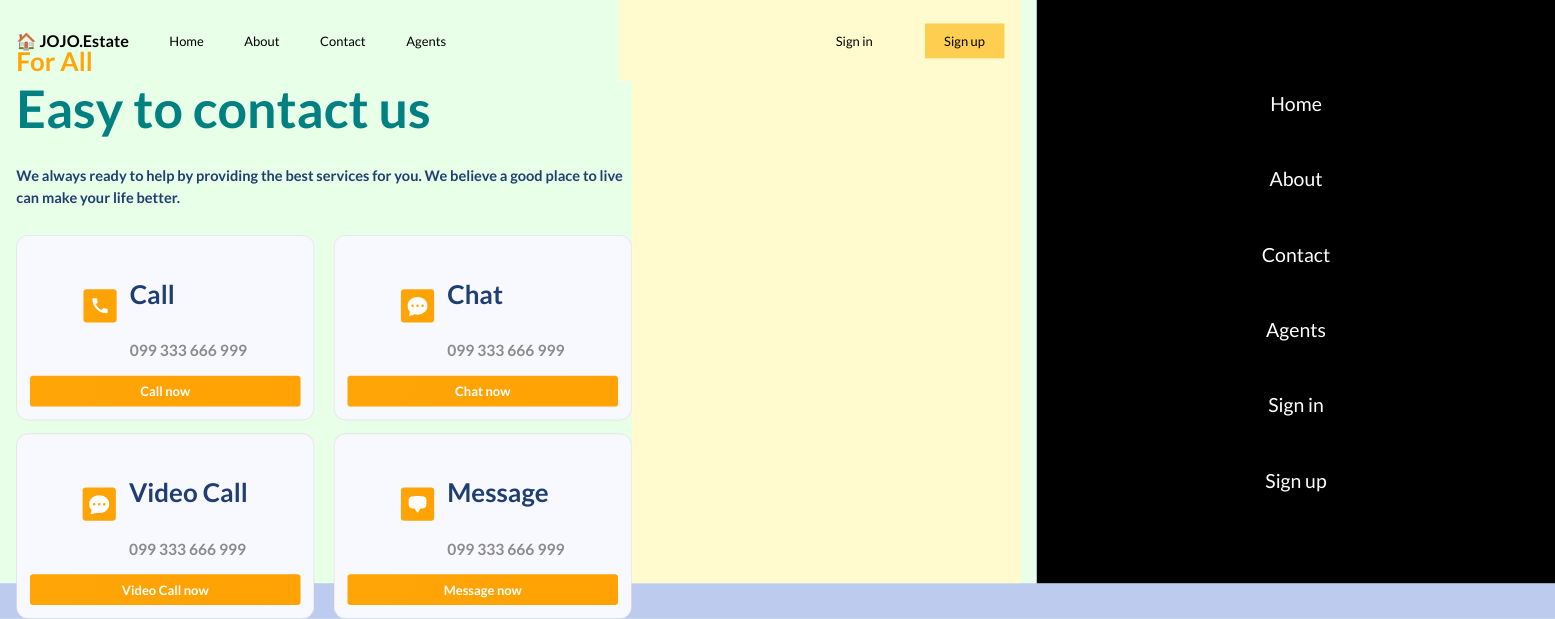
Repository: AiTrinh303/JOJO-estate
Page: /contact (app in client/)
The author's editor kept a copy of each file at every save. The page is drawn from the files as they stood at one save, then again after the next save.
The browser window is 1280 px wide. The page is 1920 px wide, so the pictures cover 1920 px, including what lies to the right of the window. The pictures show the whole page, at 81% of full size.
The page's requests for data from a server got no answer. The project was rebuilt for these pictures with package versions that can differ from the ones it lists, and the page was loaded fresh each time. No one was signed in, and anything a server would have sent is missing. Also part of the build but not shown: client/vite.config.js, client/src/components/searchBar/searchBar.scss, client/src/components/searchBar/SearchBar.jsx, client/src/routes/homePage/homePage.scss, client/src/routes/homePage/homePage.jsx, client/src/routes/listPage/listPage.scss, client/src/components/filter/filter.scss, client/src/components/filter/Filter.jsx and 30 more. Imported but missing from the stored project, and not drawn on this page: client/src/components/uploadWidget/UploadWidget.

Above is the page before, as saved 2024-10-15 15:08:37.

After the next save:
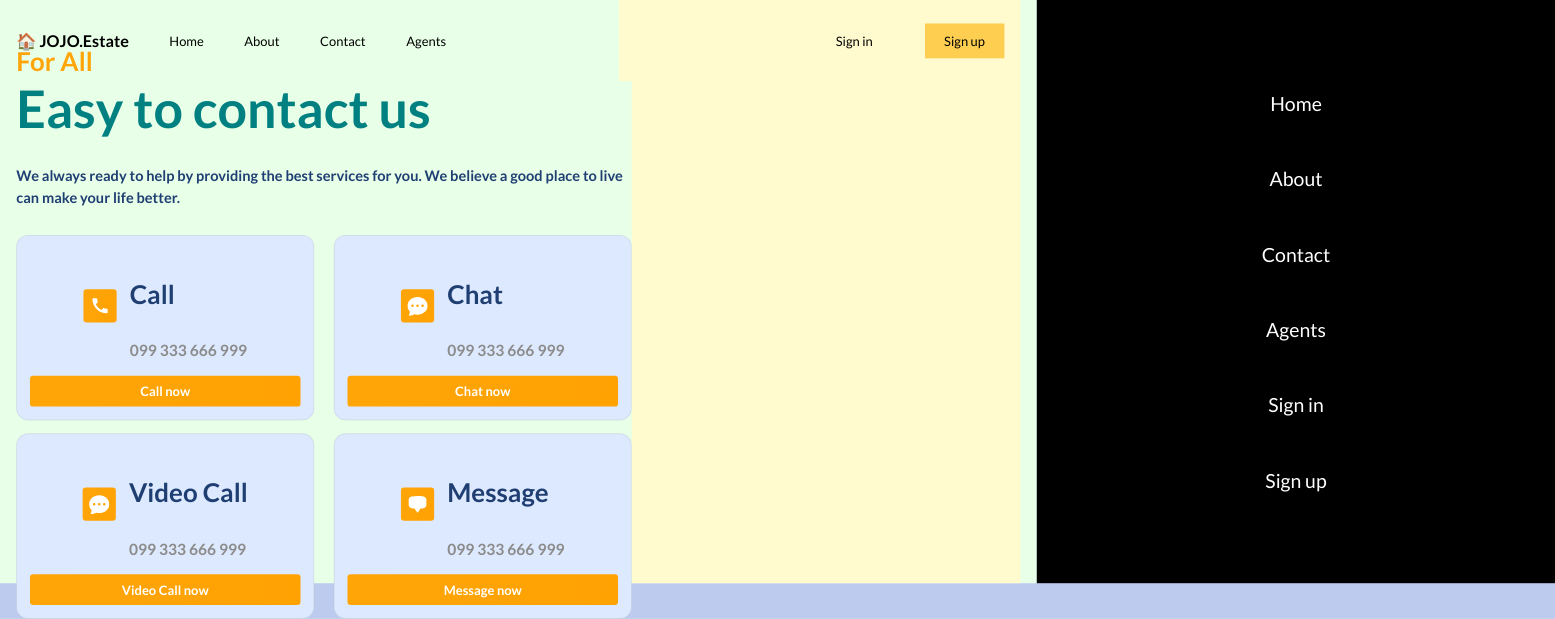
Saved 2 min 16 s later.
--- a/client/src/routes/contactPage/contactPage.scss
+++ b/client/src/routes/contactPage/contactPage.scss
@@ -54,7 +54,7 @@
                 border-radius: 15px;
                 gap: 1rem;
                 transition: all 300ms ease-in;
-                background: #f8f8ff;
+                background: #DDE9FE;
 
                 .flexStart{
                     display: flex;
